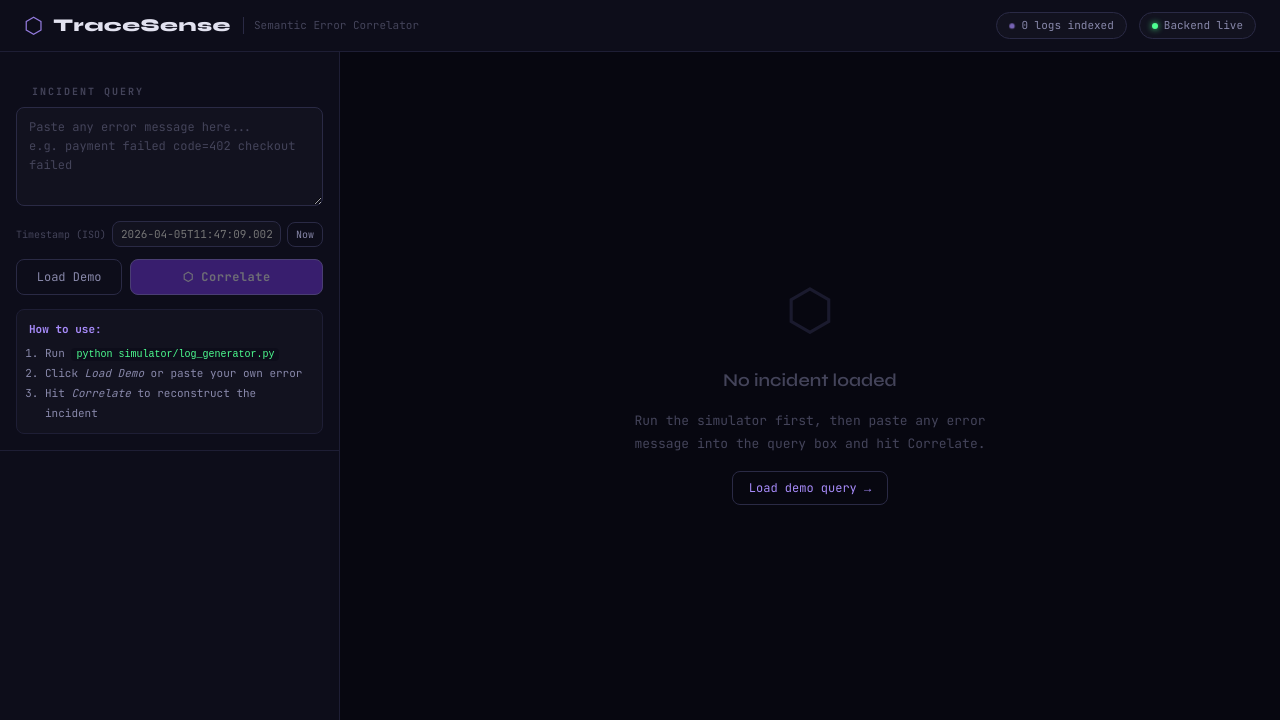
Repository: SaranyaM15/AI_Engineer_Journey
Page: / (app in tracesense/frontend/)
An editor plug-in stored every save of this project. The page is shown before and after the next save, followed by the edit.
The browser window is 1280 px wide. The pictures show the whole page.
The page's requests for data from a server got no answer. The project was rebuilt for these pictures with package versions that can differ from the ones it lists, and the page was loaded fresh each time. No one was signed in, and anything a server would have sent is missing. Also part of the build but not shown: tracesense/frontend/vite.config.js, tracesense/frontend/src/components/Timeline.jsx, tracesense/frontend/src/components/LogFeed.jsx.

Above is the page before, as saved 2026-04-05 13:13:31.

### tracesense/frontend/src/index.css
*, *::before, *::after {
  box-sizing: border-box;
  margin: 0;
  padding: 0;
}

html, body, #root {
  height: 100%;
  overflow: hidden;
}

### tracesense/frontend/src/App.jsx
import { useState, useEffect } from "react";
import axios from "axios";
import Timeline from "./components/Timeline";
import QueryPanel from "./components/QueryPanel";
import LogFeed from "./components/LogFeed";
import "./App.css";

const API = "http://localhost:8000";

export default function App() {
  const [query, setQuery] = useState("");
  const [timestamp, setTimestamp] = useState("");
  const [cluster, setCluster] = useState(null);
  const [loading, setLoading] = useState(false);
  const [logCount, setLogCount] = useState(0);
  const [error, setError] = useState(null);
  const [simulatorRunning, setSimulatorRunning] = useState(false);

  useEffect(() => {
    fetchLogCount();
    const interval = setInterval(fetchLogCount, 5000);
    return () => clearInterval(interval);
  }, []);

  async function fetchLogCount() {
    try {
      const res = await axios.get(`${API}/logs/count`);
      setLogCount(res.data.total_logs_stored);
    } catch {
      // backend not reachable yet
    }
  }

  async function runCorrelation() {
    if (!query.trim()) return;
    setLoading(true);
    setError(null);
    setCluster(null);

    const ts = timestamp || new Date().toISOString();

    try {
      const res = await axios.post(`${API}/correlate`, {
        message: query,
        timestamp: ts,
      });
      setCluster(res.data);
    } catch (e) {
      setError("Could not reach backend. Make sure uvicorn is running on :8000");
    } finally {
      setLoading(false);
    }
  }

  function handleDemo() {
    setQuery("payment failed code=402 checkout failed");
    setTimestamp("2026-04-05T11:47:09.002Z");
  }

  return (
    <div className="app">
      {/* Top Bar */}
      <header className="topbar">
        <div className="topbar-left">
          <span className="logo-icon">⬡</span>
          <span className="logo-text">TraceSense</span>
          <span className="logo-sub">Semantic Error Correlator</span>
        </div>
        <div className="topbar-right">
          <div className="stat-pill">
            <span className="stat-dot pulse" />
            <span>{logCount.toLocaleString()} logs indexed</span>
          </div>
          <div className="status-pill">
            <span className="status-dot" />
            <span>Backend live</span>
          </div>
        </div>
      </header>

      <div className="layout">
        {/* Left Panel */}
        <aside className="left-panel">
          <QueryPanel
            query={query}
            setQuery={setQuery}
            timestamp={timestamp}
            setTimestamp={setTimestamp}
            onCorrelate={runCorrelation}
            onDemo={handleDemo}
            loading={loading}
          />
          {cluster && (
            <LogFeed cluster={cluster} />
          )}
        </aside>

        {/* Main Timeline */}
        <main className="main-panel">
          {!cluster && !loading && (
            <div className="empty-state">
              <div className="empty-icon">⬡</div>
              <h2>No incident loaded</h2>
              <p>
                Run the simulator first, then paste any error message into
                the query box and hit Correlate.
              </p>
              <button className="demo-hint" onClick={handleDemo}>
                Load demo query →
              </button>
            </div>
          )}
          {loading && (
            <div className="empty-state">
              <div className="spinner" />
              <p>Correlating across services...</p>
            </div>
          )}
          {error && (
            <div className="empty-state error-state">
              <p>{error}</p>
            </div>
          )}
          {cluster && !loading && (
            <Timeline cluster={cluster} />
          )}
        </main>
      </div>
    </div>
  );
}

### tracesense/frontend/src/components/QueryPanel.jsx
export default function QueryPanel({
  query, setQuery, timestamp, setTimestamp,
  onCorrelate, onDemo, loading
}) {
  return (
    <div className="query-panel">
      <div className="panel-label">INCIDENT QUERY</div>

      <textarea
        className="query-input"
        placeholder="Paste any error message here...&#10;e.g. payment failed code=402 checkout failed"
        value={query}
        onChange={e => setQuery(e.target.value)}
        rows={4}
      />

      <div className="ts-row">
        <label className="ts-label">Timestamp (ISO)</label>
        <input
          className="ts-input"
          placeholder="2026-04-05T11:47:09.002Z"
          value={timestamp}
          onChange={e => setTimestamp(e.target.value)}
        />
        <button
          className="now-btn"
          onClick={() => setTimestamp(new Date().toISOString())}
        >
          Now
        </button>
      </div>

      <div className="btn-row">
        <button className="demo-btn" onClick={onDemo}>
          Load Demo
        </button>
        <button
          className="correlate-btn"
          onClick={onCorrelate}
          disabled={loading || !query.trim()}
        >
          {loading ? "Correlating..." : "⬡ Correlate"}
        </button>
      </div>

      <div className="hint-box">
        <strong>How to use:</strong>
        <ol>
          <li>Run <code>python simulator/log_generator.py</code></li>
          <li>Click <em>Load Demo</em> or paste your own error</li>
          <li>Hit <em>Correlate</em> to reconstruct the incident</li>
        </ol>
      </div>
    </div>
  );
}

### tracesense/frontend/src/App.css
@import url('https://fonts.googleapis.com/css2?family=JetBrains+Mono:wght@400;500;700&family=Syne:wght@400;600;800&display=swap');

/* ── Variables ── */
:root {
  --bg:         #070710;
  --bg2:        #0d0d1a;
  --bg3:        #12121f;
  --border:     #1e1e35;
  --border2:    #2a2a45;
  --accent:     #a78bfa;
  --accent2:    #7c3aed;
  --text:       #e2e2f0;
  --text2:      #8888aa;
  --text3:      #44445a;
  --mono:       'JetBrains Mono', monospace;
  --display:    'Syne', sans-serif;
  --error:      #ff4d4d;
  --warn:       #f5a623;
  --info:       #4dff91;
  --radius:     8px;
}

/* ── Reset ── */
*, *::before, *::after { box-sizing: border-box; margin: 0; padding: 0; }

body {
  background:  var(--bg);
  color:       var(--text);
  font-family: var(--mono);
  font-size:   13px;
  line-height: 1.5;
  overflow:    hidden;
  height:      100vh;
}

#root { height: 100vh; display: flex; flex-direction: column; }

/* ── App Layout ── */
.app {
  display:        flex;
  flex-direction: column;
  height:         100vh;
  overflow:       hidden;
}

/* ── Topbar ── */
.topbar {
  display:         flex;
  align-items:     center;
  justify-content: space-between;
  padding:         0 24px;
  height:          52px;
  background:      var(--bg2);
  border-bottom:   1px solid var(--border);
  flex-shrink:     0;
}

.topbar-left {
  display:     flex;
  align-items: center;
  gap:         10px;
}

.logo-icon {
  color:       var(--accent);
  font-size:   22px;
  line-height: 1;
  animation:   pulse-icon 3s ease-in-out infinite;
}

@keyframes pulse-icon {
  0%, 100% { opacity: 1; }
  50%       { opacity: 0.5; }
}

.logo-text {
  font-family: var(--display);
  font-weight: 800;
  font-size:   18px;
  letter-spacing: 0.5px;
  color:       var(--text);
}

.logo-sub {
  color:       var(--text3);
  font-size:   11px;
  border-left: 1px solid var(--border2);
  padding-left: 10px;
  margin-left:  2px;
}

.topbar-right {
  display:     flex;
  align-items: center;
  gap:         12px;
}

.stat-pill, .status-pill {
  display:       flex;
  align-items:   center;
  gap:           6px;
  padding:       4px 12px;
  border-radius: 20px;
  border:        1px solid var(--border2);
  background:    var(--bg3);
  font-size:     11px;
  color:         var(--text2);
}

.stat-dot {
  width:         6px;
  height:        6px;
  border-radius: 50%;
  background:    var(--accent);
}

.stat-dot.pulse {
  animation: dot-pulse 2s ease-in-out infinite;
}

@keyframes dot-pulse {
  0%, 100% { opacity: 1; transform: scale(1); }
  50%       { opacity: 0.4; transform: scale(0.8); }
}

.status-dot {
  width:         6px;
  height:        6px;
  border-radius: 50%;
  background:    var(--info);
  box-shadow:    0 0 6px var(--info);
}

/* ── Main Layout ── */
.layout {
  display:  flex;
  flex:     1;
  overflow: hidden;
}

/* ── Left Panel ── */
.left-panel {
  width:        340px;
  flex-shrink:  0;
  background:   var(--bg2);
  border-right: 1px solid var(--border);
  display:      flex;
  flex-direction: column;
  overflow:     hidden;
}

.panel-label {
  font-size:      10px;
  letter-spacing: 2px;
  color:          var(--text3);
  font-weight:    700;
  padding:        16px 16px 8px;
  display:        flex;
  align-items:    center;
  gap:            8px;
}

.count-badge {
  background:    var(--accent2);
  color:         white;
  border-radius: 10px;
  padding:       1px 7px;
  font-size:     10px;
}

/* ── Query Panel ── */
.query-panel {
  padding:     16px;
  border-bottom: 1px solid var(--border);
  flex-shrink: 0;
}

.query-input {
  width:        100%;
  background:   var(--bg3);
  border:       1px solid var(--border2);
  border-radius: var(--radius);
  color:        var(--text);
  font-family:  var(--mono);
  font-size:    12px;
  padding:      10px 12px;
  resize:       vertical;
  outline:      none;
  transition:   border-color 0.2s;
  line-height:  1.6;
}

.query-input:focus {
  border-color: var(--accent);
}

.query-input::placeholder { color: var(--text3); }

.ts-row {
  display:     flex;
  align-items: center;
  gap:         6px;
  margin-top:  10px;
}

.ts-label {
  font-size:   10px;
  color:       var(--text3);
  white-space: nowrap;
}

.ts-input {
  flex:         1;
  background:   var(--bg3);
  border:       1px solid var(--border2);
  border-radius: var(--radius);
  color:        var(--text2);
  font-family:  var(--mono);
  font-size:    11px;
  padding:      5px 8px;
  outline:      none;
  min-width:    0;
}

.ts-input:focus { border-color: var(--accent); }

.now-btn {
  background:    transparent;
  border:        1px solid var(--border2);
  border-radius: var(--radius);
  color:         var(--text2);
  font-family:   var(--mono);
  font-size:     10px;
  padding:       5px 8px;
  cursor:        pointer;
  white-space:   nowrap;
  transition:    all 0.15s;
}

.now-btn:hover {
  border-color: var(--accent);
  color:        var(--accent);
}

.btn-row {
  display:    flex;
  gap:        8px;
  margin-top: 12px;
}

.demo-btn {
  flex:          1;
  background:    transparent;
  border:        1px solid var(--border2);
  border-radius: var(--radius);
  color:         var(--text2);
  font-family:   var(--mono);
  font-size:     12px;
  padding:       9px;
  cursor:        pointer;
  transition:    all 0.15s;
}

.demo-btn:hover {
  border-color: var(--accent);
  color:        var(--accent);
}

.correlate-btn {
  flex:          2;
  background:    var(--accent2);
  border:        1px solid var(--accent);
  border-radius: var(--radius);
  color:         white;
  font-family:   var(--mono);
  font-size:     12px;
  font-weight:   700;
  padding:       9px;
  cursor:        pointer;
  transition:    all 0.15s;
  letter-spacing: 0.5px;
}

.correlate-btn:hover:not(:disabled) {
  background: var(--accent);
  box-shadow: 0 0 20px var(--accent2);
}

.correlate-btn:disabled {
  opacity: 0.4;
  cursor: not-allowed;
}

.hint-box {
  margin-top:    14px;
  background:    var(--bg3);
  border:        1px solid var(--border);
  border-radius: var(--radius);
  padding:       10px 12px;
  font-size:     11px;
  color:         var(--text2);
  line-height:   1.8;
}

.hint-box strong { color: var(--accent); }
.hint-box ol { padding-left: 16px; margin-top: 4px; }
.hint-box code {
  background:    var(--bg2);
  padding:       1px 5px;
  border-radius: 4px;
  color:         var(--info);
  font-size:     10px;
}

/* ── Log Feed ── */
.log-feed {
  flex:      1;
  overflow:  hidden;
  display:   flex;
  flex-direction: column;
}

.log-list {
  flex:       1;
  overflow-y: auto;
  padding:    8px;
  display:    flex;
  flex-direction: column;
  gap:        6px;
}

.log-list::-webkit-scrollbar { width: 4px; }
.log-list::-webkit-scrollbar-track { background: transparent; }
.log-list::-webkit-scrollbar-thumb { background: var(--border2); border-radius: 2px; }

.log-card {
  background:    var(--bg3);
  border:        1px solid var(--border);
  border-radius: var(--radius);
  padding:       10px;
  transition:    border-color 0.15s;
  animation:     slide-in 0.3s ease both;
}

@keyframes slide-in {
  from { opacity: 0; transform: translateX(-10px); }
  to   { opacity: 1; transform: translateX(0); }
}

.log-card:hover { border-color: var(--border2); }

.log-card-top {
  display:     flex;
  align-items: center;
  gap:         6px;
  margin-bottom: 5px;
}

.log-icon   { font-size: 14px; }
.log-level  { font-size: 10px; font-weight: 700; letter-spacing: 1px; }
.log-service { flex: 1; font-size: 11px; color: var(--text2); }
.log-score  { font-size: 11px; color: var(--accent); font-weight: 700; }

.log-message {
  font-size:   11px;
  color:       var(--text);
  line-height: 1.5;
  word-break:  break-word;
  margin-bottom: 6px;
}

.log-meta {
  display:         flex;
  justify-content: space-between;
  align-items:     center;
  font-size:       10px;
  color:           var(--text3);
}

.score-bars {
  display: flex;
  gap:     8px;
}

.score-bars span { color: var(--text3); }

.conf-bar-bg {
  height:        2px;
  background:    var(--border);
  border-radius: 1px;
  margin-top:    6px;
  overflow:      hidden;
}

.conf-bar-fill {
  height:     100%;
  background: linear-gradient(90deg, var(--accent2), var(--accent));
  border-radius: 1px;
  transition: width 0.5s ease;
}

/* ── Main Panel ── */
.main-panel {
  flex:       1;
  overflow-y: auto;
  padding:    24px;
}

.main-panel::-webkit-scrollbar { width: 5px; }
.main-panel::-webkit-scrollbar-track { background: transparent; }
.main-panel::-webkit-scrollbar-thumb { background: var(--border2); border-radius: 3px; }

/* ── Empty State ── */
.empty-state {
  display:         flex;
  flex-direction:  column;
  align-items:     center;
  justify-content: center;
  height:          100%;
  gap:             16px;
  text-align:      center;
  color:           var(--text2);
  animation:       fade-in 0.4s ease;
}

@keyframes fade-in {
  from { opacity: 0; }
  to   { opacity: 1; }
}

.empty-icon {
  font-size:  56px;
  color:      var(--border2);
  animation:  pulse-icon 4s ease-in-out infinite;
}

.empty-state h2 {
  font-family: var(--display);
  font-weight: 600;
  color:       var(--text3);
  font-size:   18px;
}

.empty-state p {
  max-width:  380px;
  color:      var(--text3);
  font-size:  13px;
  line-height: 1.7;
}

.demo-hint {
  background:    transparent;
  border:        1px solid var(--border2);
  border-radius: var(--radius);
  color:         var(--accent);
  font-family:   var(--mono);
  font-size:     12px;
  padding:       8px 16px;
  cursor:        pointer;
  transition:    all 0.15s;
}

.demo-hint:hover {
  border-color: var(--accent);
  box-shadow:   0 0 14px var(--accent2);
}

.error-state { color: var(--error); }

/* ── Spinner ── */
.spinner {
  width:         36px;
  height:        36px;
  border:        3px solid var(--border2);
  border-top:    3px solid var(--accent);
  border-radius: 50%;
  animation:     spin 0.8s linear infinite;
}

@keyframes spin {
  to { transform: rotate(360deg); }
}

/* ── Timeline ── */
.timeline-wrap {
  display:        flex;
  flex-direction: column;
  gap:            20px;
  animation:      fade-in 0.4s ease;
}

.timeline-header {
  border-bottom: 1px solid var(--border);
  padding-bottom: 16px;
}

.tl-title {
  font-family: var(--display);
  font-weight: 700;
  font-size:   20px;
  color:       var(--text);
  display:     flex;
  align-items: center;
  gap:         12px;
  margin-bottom: 6px;
}

.tl-badge {
  font-family:   var(--mono);
  font-size:     11px;
  font-weight:   400;
  background:    var(--accent2);
  color:         white;
  padding:       2px 10px;
  border-radius: 10px;
}

.tl-query {
  font-size:  12px;
  color:      var(--text3);
}

.tl-query em {
  color:      var(--accent);
  font-style: normal;
}

/* ── Swim Lanes ── */
.swim-container {
  display:        flex;
  flex-direction: column;
  gap:            0;
}

.swim-lane {
  display:     flex;
  align-items: stretch;
  min-height:  80px;
  border-bottom: 1px solid var(--border);
}

.swim-lane:last-child { border-bottom: none; }

.lane-label {
  width:          160px;
  flex-shrink:    0;
  display:        flex;
  align-items:    center;
  gap:            8px;
  padding:        16px 12px;
  border-left:    3px solid transparent;
  font-size:      11px;
  color:          var(--text2);
  background:     var(--bg2);
}

.lane-dot {
  width:         8px;
  height:        8px;
  border-radius: 50%;
  flex-shrink:   0;
}

.lane-track {
  flex:       1;
  position:   relative;
  padding:    16px 20px;
  display:    flex;
  flex-direction: column;
  gap:        10px;
}

.lane-line {
  position:     absolute;
  left:         0;
  right:        0;
  top:          50%;
  height:       1px;
  border-top:   1px dashed;
  pointer-events: none;
  z-index:      0;
}

.lane-event {
  display:     flex;
  align-items: flex-start;
  gap:         12px;
  position:    relative;
  z-index:     1;
}

.event-dot {
  width:         14px;
  height:        14px;
  border-radius: 50%;
  border:        2px solid;
  flex-shrink:   0;
  margin-top:    3px;
  cursor:        pointer;
  transition:    transform 0.15s;
}

.event-dot:hover { transform: scale(1.4); }

.event-card {
  background:    var(--bg3);
  border:        1px solid var(--border);
  border-left:   3px solid;
  border-radius: var(--radius);
  padding:       8px 12px;
  flex:          1;
  animation:     slide-in 0.3s ease both;
}

.event-card-top {
  display:     flex;
  align-items: center;
  gap:         8px;
  margin-bottom: 4px;
}

.event-level {
  font-size:      10px;
  font-weight:    700;
  letter-spacing: 1px;
}

.event-time  { font-size: 10px; color: var(--text3); }
.event-score { font-size: 10px; color: var(--accent); margin-left: auto; }

.event-message {
  font-size:  11px;
  color:      var(--text);
  word-break: break-word;
  line-height: 1.5;
}

/* ── Root Cause Banner ── */
.root-cause-banner {
  display:       flex;
  align-items:   center;
  gap:           12px;
  background:    linear-gradient(135deg, #1a0a2e, #0d0d1a);
  border:        1px solid var(--accent2);
  border-radius: var(--radius);
  padding:       12px 18px;
  font-size:     12px;
  box-shadow:    0 0 24px #7c3aed22;
}

.rc-label {
  color:          var(--accent);
  font-weight:    700;
  letter-spacing: 1px;
  font-size:      10px;
  white-space:    nowrap;
}

.rc-service {
  background:    var(--accent2);
  color:         white;
  padding:       2px 10px;
  border-radius: 10px;
  font-size:     11px;
  white-space:   nowrap;
}

.rc-message {
  flex:      1;
  color:     var(--text2);
  font-size: 11px;
  overflow:  hidden;
  text-overflow: ellipsis;
  white-space:   nowrap;
}

.rc-time {
  color:      var(--text3);
  font-size:  11px;
  white-space: nowrap;
}

/* ── Canvas ── */
.connector-canvas {
  z-index: 2;
}

Loaded but not shown: tracesense/frontend/src/main.jsx (common file)

After the next save:
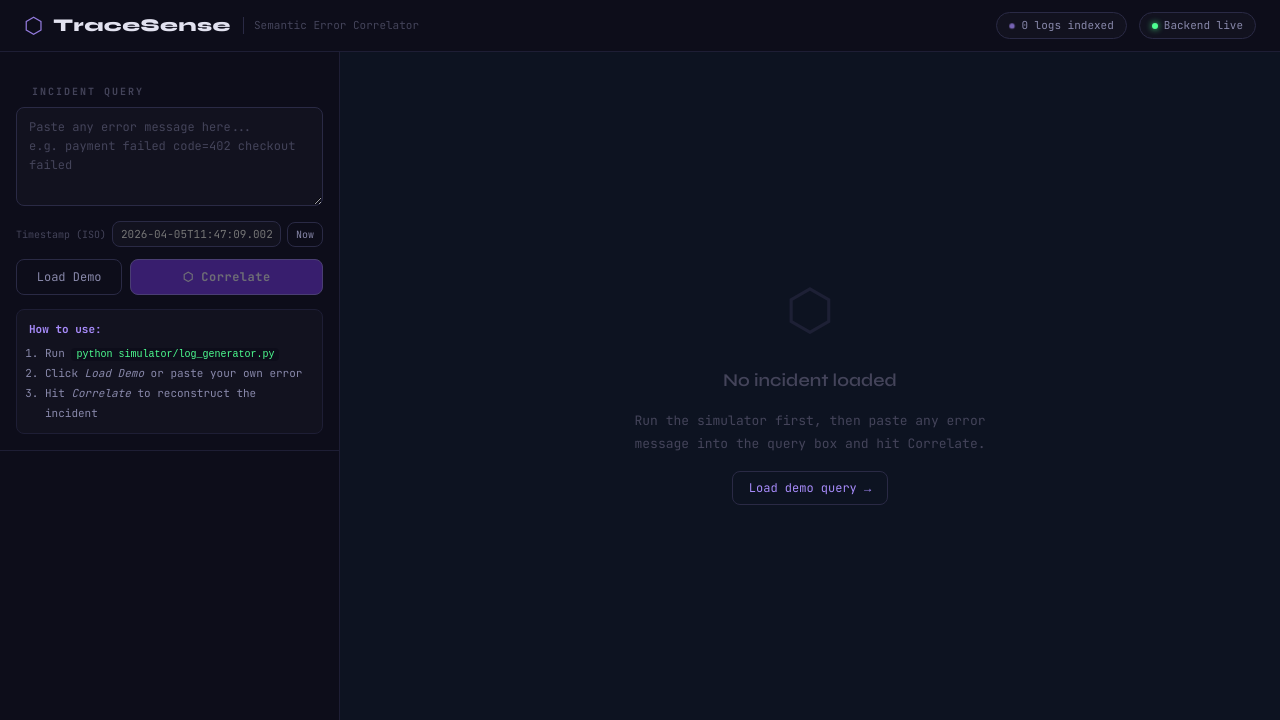
Saved 5 h 25 min later.
--- a/tracesense/frontend/src/App.css
+++ b/tracesense/frontend/src/App.css
@@ -2,7 +2,7 @@
 
 /* ── Variables ── */
 :root {
-  --bg:         #070710;
+  --bg:         #0D1321;
   --bg2:        #0d0d1a;
   --bg3:        #12121f;
   --border:     #1e1e35;
